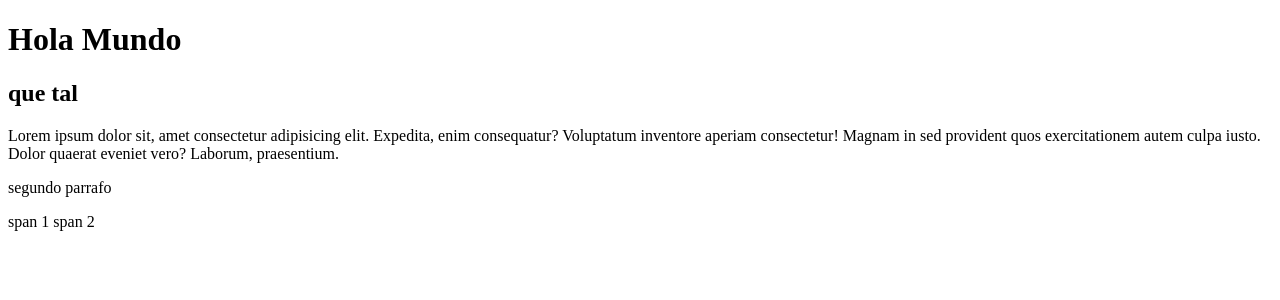
Repository: Devbenitez/Gen_30
Page: Gen_30/Maquetado/Clase1/index.html
An editor plug-in stored every save of this project. The page is shown before and after the next save, followed by the edit.
The browser window is 1280 px wide. The pictures show the whole page.

Above is the page before, as saved 2023-11-07 21:35:03.

After the next save:
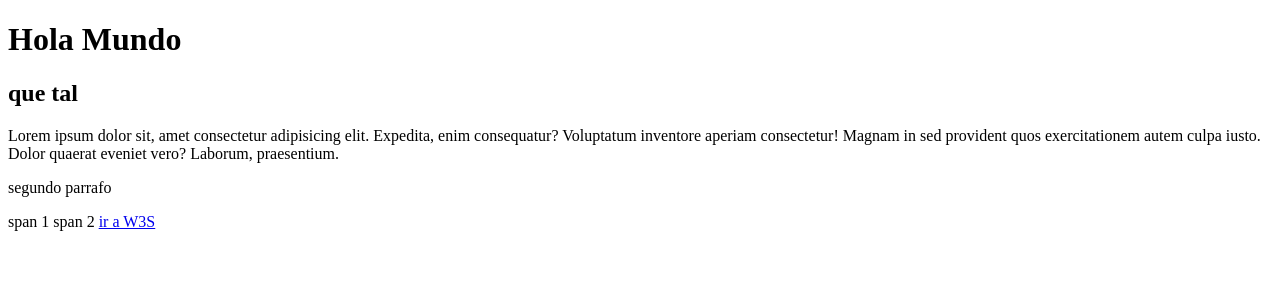
Saved 2 min 21 s later.
--- a/Gen_30/Maquetado/Clase1/index.html
+++ b/Gen_30/Maquetado/Clase1/index.html
@@ -20,11 +20,14 @@
     <!-- etiquetas de texto -->
     <h1>Hola Mundo</h1>
     <h2>que tal</h2>
-
+    <!--parrafos-->
     <p>Lorem ipsum dolor sit, amet consectetur adipisicing elit. Expedita, enim consequatur? Voluptatum inventore aperiam consectetur! Magnam in sed provident quos exercitationem autem culpa iusto. Dolor quaerat eveniet vero? Laborum, praesentium.</p>
     <p>segundo parrafo</p>
     <span>span 1</span>
     <span>span 2</span>
+
+    <!-- enlaces -->
+    <a href="https://www.w3schools.com/html/default.asp">ir a W3S</a>
 </main>
 </body>
 </html>
